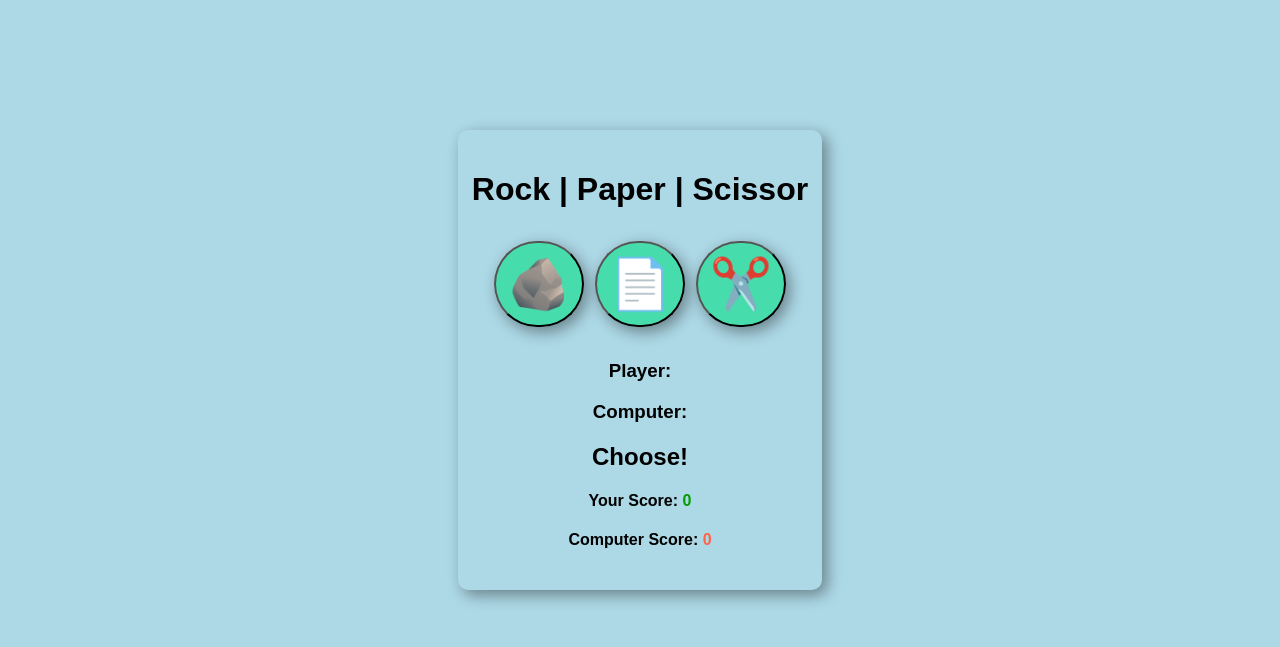
Repository: SakthivelDurai47/Rock-Paper-Sissors
Page: index.html
An editor plug-in stored every save of this project. The page is shown before and after the next save, followed by the edit.
The browser window is 1280 px wide. The pictures show the whole page.

Above is the page before, as saved 2025-04-14 23:24:20.

After the next save:
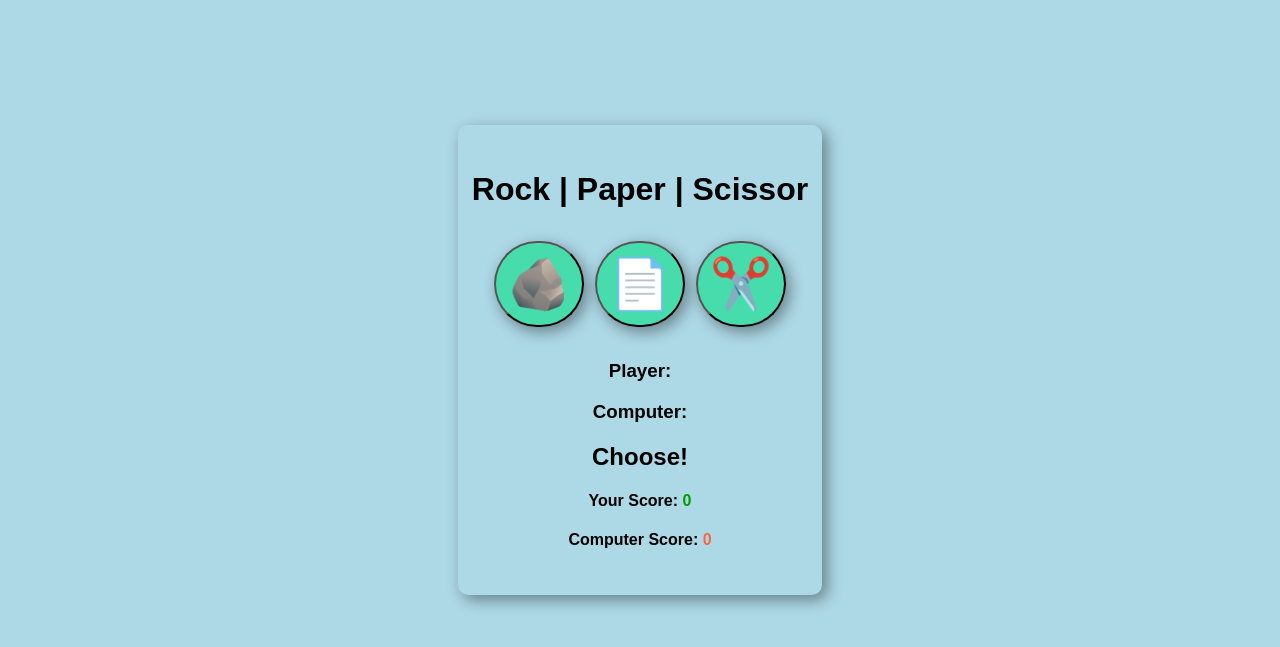
Saved 13 s later.
--- a/styles.css
+++ b/styles.css
@@ -41,7 +41,7 @@ button:hover {
 }
 main {
   margin: auto;
-  padding: 20px 3px;
+  padding: 25px 3px;
   border-radius: 10px;
   box-shadow: 5px 5px 15px rgba(0, 0, 0, 0.4);
 }
